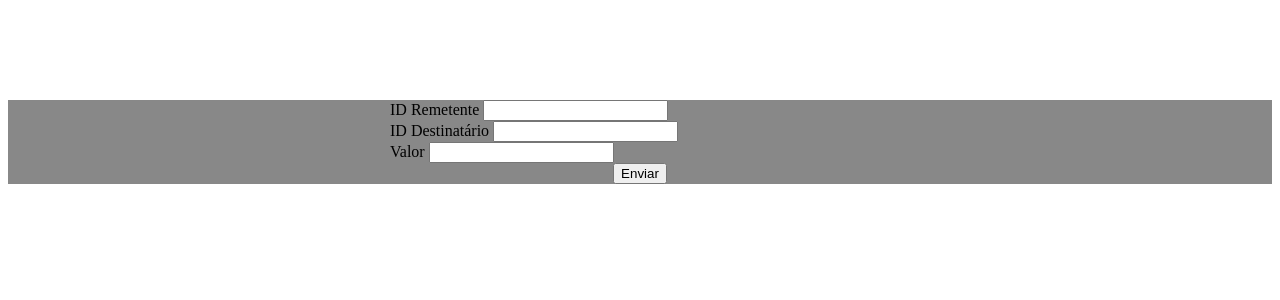
Repository: mateusilva8/tarefa-pix
Page: frontend/pix.html
These files come from the project's save history. The page is drawn as it stood at one moment and after the next save; the edit follows.
The browser window is 1280 px wide. The pictures show the whole page.

Above is the page before, as saved 2023-10-22 13:49:38.

### frontend/pix.html
<!DOCTYPE html>
<html lang="pt-BR">
<head>
  <meta charset="UTF-8">
  <meta name="viewport" content="width=device-width, initial-scale=1.0">
  <title>PIX</title>
  <link rel="preconnect" href="https://fonts.googleapis.com">
  <link rel="preconnect" href="https://fonts.gstatic.com" crossorigin>
  <link href="https://fonts.googleapis.com/css2?family=Inter:wght@400;700&display=swap" rel="stylesheet">
  <link rel="stylesheet" href="./css/pix.css">
</head>
<body>
    <div class="container">
        <div class="formulario">
            <form id="form">
                <div class="mb-3">
                  <label for="idRemetente" class="form-label">ID Remetente</label>
                  <input type="number" class="form-control" id="idRemetente">
                </div>
                <div class="mb-3">
                  <label for="idDestinatario" class="form-label">ID Destinatário</label>
                  <input type="number" class="form-control" id="idDestinatario">
                </div>
                <div class="mb-3">
                  <label for="valor" class="form-label">Valor</label>
                  <input type="number" class="form-control" id="valor">
                </div>
                <button type="button" class="btn btn-success" id="botaoEnviar">Enviar</button>
              </form>
        </div>
    </div>



  <script src="https://code.jquery.com/jquery-3.3.1.slim.min.js" integrity="sha384-q8i/X+965DzO0rT7abK41JStQIAqVgRVzpbzo5smXKp4YfRvH+8abtTE1Pi6jizo" crossorigin="anonymous"></script>
  <script src="https://cdnjs.cloudflare.com/ajax/libs/popper.js/1.14.3/umd/popper.min.js" integrity="sha384-ZMP7rVo3mIykV+2+9J3UJ46jBk0WLaUAdn689aCwoqbBJiSnjAK/l8WvCWPIPm49" crossorigin="anonymous"></script>
  <script src="./js/pix.js"></script>
</body>
</html>

### frontend/css/pix.css
.container {
    background-color: rgb(136, 136, 136);
}

.formulario {
    margin-top: 100px;
    width: 100%;
    display: flex;
    flex-direction: column;
    align-items: center;
}

.formulario form {
    width: 500px;
    display: flex;
    flex-direction: column;
    align-items: center;
}

.mb-3 {
    width: 100%;
}

### frontend/js/pix.js
let idRemetente = document.getElementById('idRemetente');
let idDestinatario = document.getElementById('idDestinatario');
let valor = document.getElementById('valor')


async function realizarPix () {
    let payload = {
        senderId: idRemetente.value,
        recipientId: idDestinatario.value,
        value: valor.value,
      };

      let resposta = await fetch(`http://localhost:3000/pix-api/pix`, {
        method: 'POST',
        headers: {
            "Content-type" : 'application/json',
            "Acccept": 'appplication/json'
        },
        body: JSON.stringify(payload)
      });

      let mensagem = await resposta.json()

      if (mensagem.mensagem) {
          console.log(mensagem);
          alert(mensagem.mensagem);
      }else {
        console.log(mensagem);
        if (mensagem.error == 'The attribute "value" is required.')
        alert('Digite um valor válido');
        if (mensagem.error == 'The attribute "senderId" is required.')
        alert('Informe o ID do remetente');
        if (mensagem.error == 'The attribute "recipientId" is required.')
        alert('Informe o ID do destinatário');
      }

}

let botaoPix = document.getElementById('botaoEnviar');
  botaoPix.addEventListener('click', () => {
    realizarPix();
  })

After the next save:
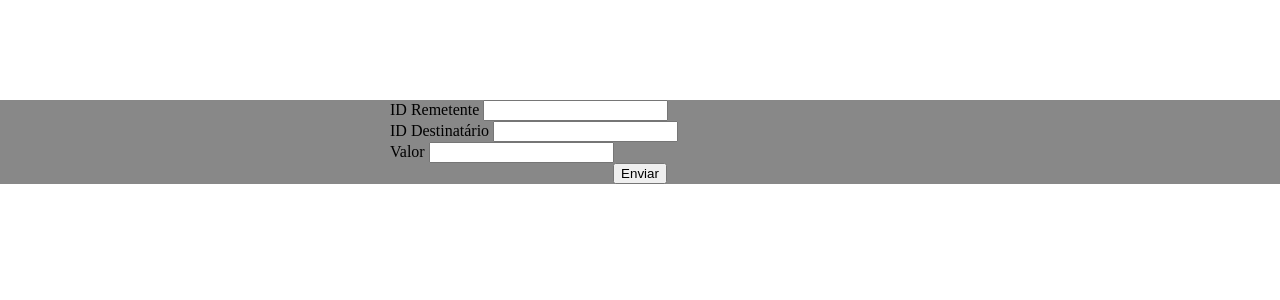
Saved 60 s later.
--- a/frontend/css/pix.css
+++ b/frontend/css/pix.css
@@ -1,3 +1,7 @@
+body {
+    margin: 0;
+}
+
 .container {
     background-color: rgb(136, 136, 136);
 }
